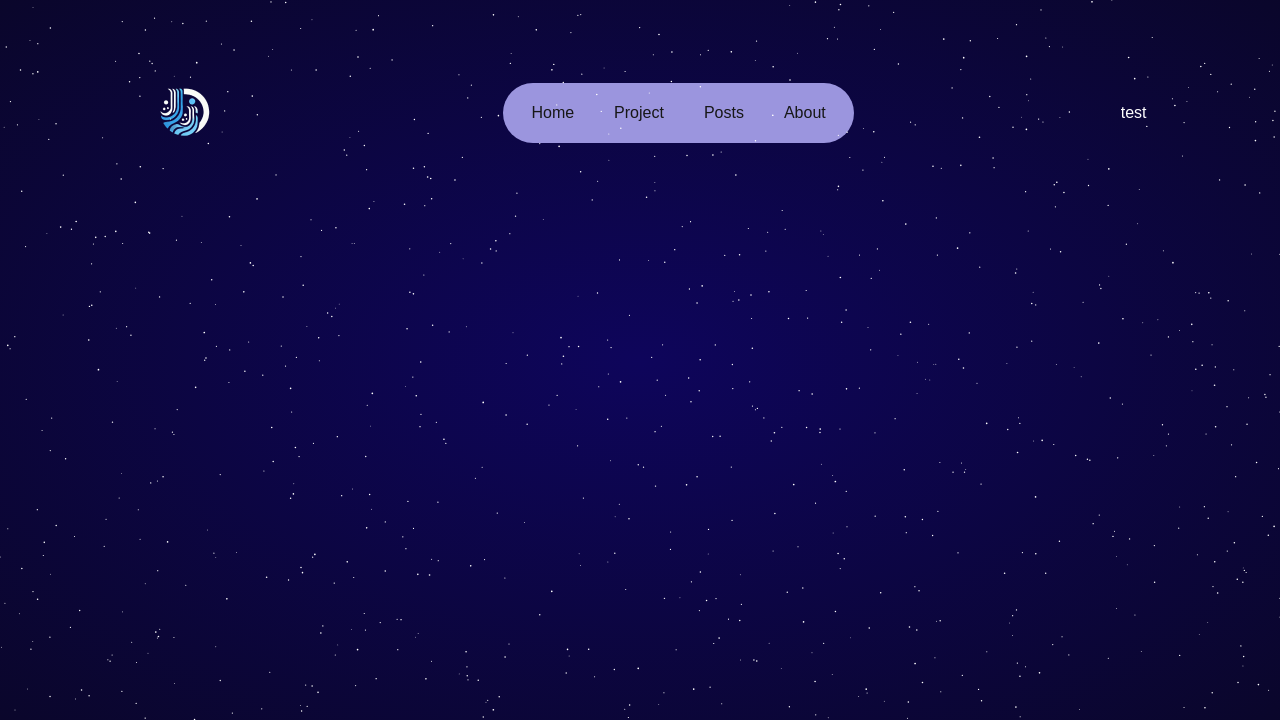
Repository: david-william19/david-william
Page: /
These files come from the project's save history. The page is drawn as it stood at one moment and after a run of saves; the edit follows.
The browser window is 1280 px wide. The pictures show the whole page.
The project was rebuilt for these pictures with package versions that can differ from the ones it lists, and the page was loaded fresh each time. The framework's server and built-in components were replaced by stand-ins that run in the browser. Also part of the build but not shown: next.config.js, next.config.ts, vite.config.ts.

Above is the page before, as saved 2024-10-26 22:55:22.

After the next 3 saves:
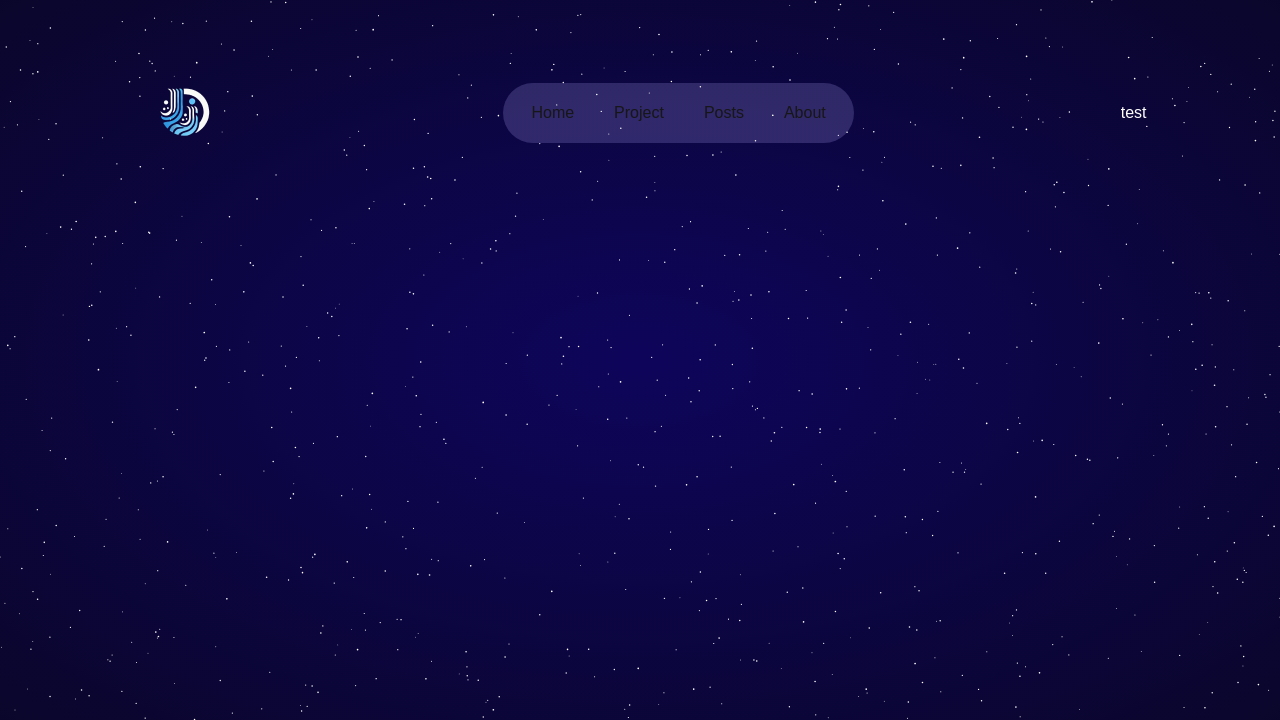
The 3 saves are shown as one change because they came seconds apart.
The last was saved 97 s later.
--- a/src/components/navbar/index.tsx
+++ b/src/components/navbar/index.tsx
@@ -10,7 +10,7 @@ export default function NavbarComponent() {
                 height={103}
             />
 
-            <ul className="rounded-full p-[8px] bg-[#9B95DE] flex h-fit list-none">
+            <ul className="rounded-full p-[8px] bg-[#9B95DE] bg-opacity-25 flex h-fit list-none">
                 <li className="px-5 py-2.5">
                     Home
                 </li>
